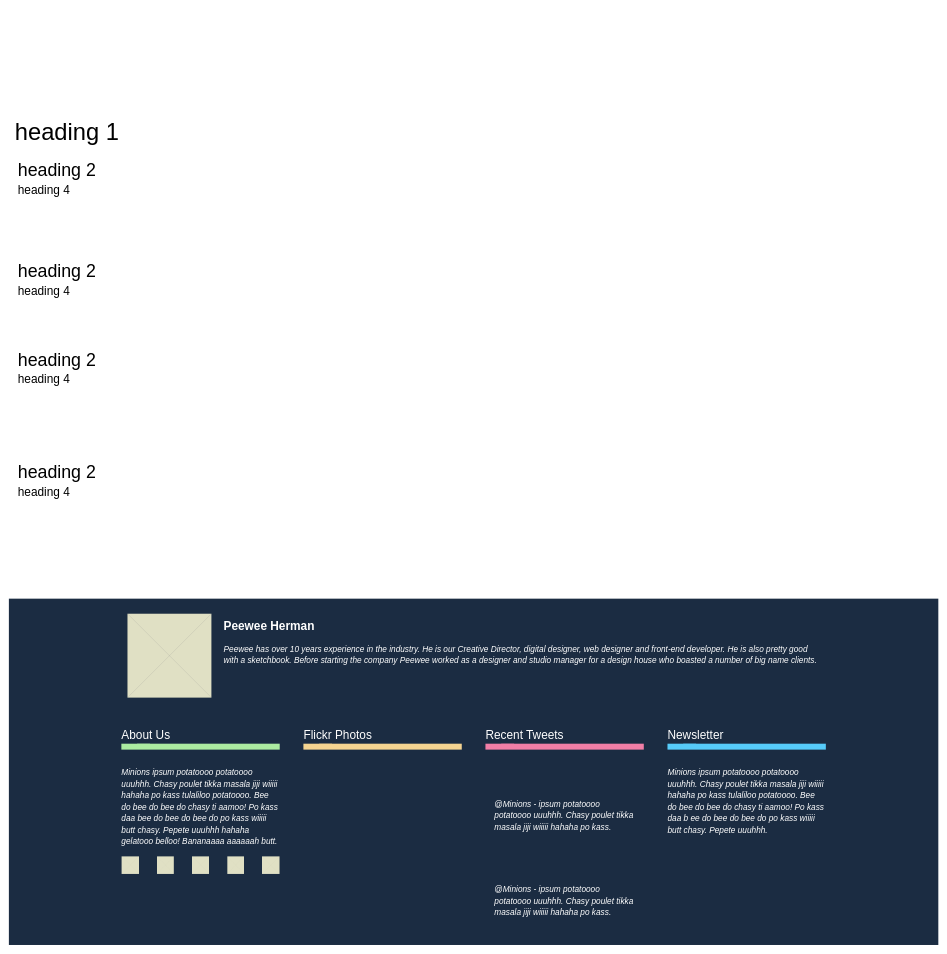
Repository: MonicaNguyenH/LAB-02A-Project1
Page: index.html
These files come from the project's save history. The page is drawn as it stood at one moment and after the next save; the edit follows.
The browser window is 1280 px wide. The pictures show the whole page, at 74% of full size.

Above is the page before, as saved 2024-02-06 20:30:33.

### index.html
<!doctype html>
<html class="no-js" lang="EN">

    <head>
        <meta charset="utf-8">
        <meta name="viewport" content="width=device-width, initial-scale=1">
        <title>Jumi - Tina - Monica  LAB-02A</title>
        <link rel="stylesheet" href="css/style.css">
        <meta name="description" content="">

        <meta property="og:title" content="">
        <meta property="og:type" content="">
        <meta property="og:url" content="">
        <meta property="og:image" content="">

        <link rel="icon" href="/favicon.ico" sizes="any">
        <link rel="icon" href="/icon.svg" type="image/svg+xml">
        <link rel="apple-touch-icon" href="icon.png">

        <link rel="manifest" href="site.webmanifest">
        <meta name="theme-color" content="#fafafa">
    </head>
    <body>
            <div className="row">
                <header class="headerContainer">
                    <div class="navigationBar">
                        <div class="logo"></div>
                        <div class="menuContainer">
                            <div class="menuComponent"></div>
                            <div class="menuComponent"></div>
                            <div class="menuComponent"></div>
                            <div class="menuComponent"></div>
                            <div class="menuComponent"></div>
                    </div>
                    <div class="carouselContainer"></div>
            </header>
            <main class="mainContainer">
                <div class="headingContainer">
                    <h1 class="headingOne">heading 1</h1>
                </div>
                <!--can be called serviceContainer-->
                <div class="infoContainer">
                    <div class="infoTitle">
                        <h2 class="headingTwo">heading 2</h2> <!--section intro heading-->
                        <h4 class="headingFour">heading 4</h4> <!--section intro subheading-->
                    </div>
                    <!--can be called sectionItem-->
                    <div class="infoBox"></div>
                    <div class="infoBox"></div>
                    <div class="infoBox"></div>
                    <div class="infoBox"></div>
                </div>
                <div class="imageContainer">
                    <div class="imageTitle">
                        <h2 class="headingTwo">heading 2</h2>
                        <h4 class="headingFour">heading 4</h4>
                    </div>
                    <div class="imageBox"></div>
                    <div class="imageBox"></div>
                    <div class="imageBox"></div>
                </div>
                <div class="projectContainer">
                    <div class="projectTitle">
                        <h2 class="headingTwo">heading 2</h2>
                        <h4 class="headingFour">heading 4</h4>
                    </div>
                    <div class="projectBox"></div>
                    <div class="projectBox"></div>
                    <div class="projectBox"></div>
                    <div class="projectBox"></div>
                    <div class="projectBox"></div>
                </div>
                <div class="accordionContainer">
                    <div class="accordionTitle">
                        <h2 class="headingTwo">heading 2</h2>
                        <h4 class="headingFour">heading 4</h4>
                    </div>
                    <div class="accordionMenu"></div>
                    <div class="accordionTab"></div>
                </div>
                <div class="sponsorshipContainer ">
                    <div class="sponsor"></div>
                    <div class="sponsor"></div>
                    <div class="sponsor"></div>
                    <div class="sponsor"></div>
                    <div class="sponsor"></div>
                </div>
            </main>
            <footer class="footerContainer">
                <div class="row s-col-1 m-col-2 l-col-4">
                    <div class="col row-span">
                        <div class="grid s-col-2 m-col-2-1 l-col-2-1">
                            <div class="col">
                                <img src="img/placeholder.svg" alt="placeholder image"/>
                            </div>
                            <div class="col">
                                <h5 class="headingFive">Peewee Herman</h5>
                                <p>Peewee has over 10 years experience in the industry. He is our Creative Director, digital designer, web designer and front-end developer. He is also pretty good with a sketchbook. Before starting the company Peewee worked as a designer and studio manager for a design house who boasted a number of big name clients.</p>
                            </div>
                        </div>
                    </div>
                    <div class="footerBox">
                        <h4 class="headingFour s-hide">About Us</h4>
                        <div class="arrow s-hide">
                            <div class="horizontal-line" style="background-color: var(--green);"></div>
                            <div class="down-arrow" style="border-top: solid var(--green)"></div>
                        </div>
                        <p class="s-hide">Minions ipsum potatoooo potatoooo uuuhhh. Chasy poulet tikka masala jiji wiiiii hahaha po kass tulaliloo potatoooo. Bee do bee do bee do chasy ti aamoo! Po kass daa bee do bee do bee do po kass wiiiii butt chasy. Pepete uuuhhh hahaha gelatooo belloo! Bananaaaa aaaaaah butt.</p>
                        <div class="row col-5">
                            <img class="col" src="img/placeholder.svg" alt="placeholder image"/>
                            <img class="col" src="img/placeholder.svg" alt="placeholder image"/>
                            <img class="col" src="img/placeholder.svg" alt="placeholder image"/>
                            <img class="col" src="img/placeholder.svg" alt="placeholder image"/>
                            <img class="col" src="img/placeholder.svg" alt="placeholder image"/>
                        </div>
                    </div>
                    <div class="footerBox">
                        <h4 class="headingFour">Flickr Photos</h4>
                        <div class="arrow">
                            <div class="horizontal-line" style="background-color: var(--yellow);"></div>
                            <div class="down-arrow" style="border-top: solid var(--yellow)"></div>
                        </div>
                        <div>
                            <div></div>
                            <div></div>
                            <div></div>
                            <div></div>
                            <div></div>
                            <div></div>
                        </div>
                    </div>
                    <div class="footerBox">
                        <h4 class="headingFour">Recent Tweets</h4>
                        <div class="arrow">
                            <div class="horizontal-line" style="background-color: var(--pink);"></div>
                            <div class="down-arrow" style="border-top: solid var(--pink)"></div>
                        </div>
                        <div>
                            <div>
                                <div>
                                    <img src="" alt=""/>
                                </div>
                                <div>
                                    <p><span>@Minions</span> - ipsum potatoooo potatoooo uuuhhh. Chasy poulet tikka masala jiji wiiiii hahaha po kass. </p>
                                </div>
                            </div>
                            <div>
                                <div>
                                    <img src="" alt=""/>
                                </div>
                                <div>
                                    <p><span>@Minions</span> - ipsum potatoooo potatoooo uuuhhh. Chasy poulet tikka masala jiji wiiiii hahaha po kass. </p>
                                </div>
                            </div>
                        </div>
                    </div>
                    <div class="footerBox">
                        <h4 class="headingFour">Newsletter</h4>
                        <div class="arrow">
                            <div class="horizontal-line" style="background-color: var(--blue);"></div>
                            <div class="down-arrow" style="border-top: solid var(--blue)"></div>
                        </div>
                        <p>Minions ipsum potatoooo potatoooo uuuhhh. Chasy poulet tikka masala jiji wiiiii hahaha po kass tulaliloo potatoooo. Bee do bee do bee do chasy ti aamoo! Po kass daa b ee do bee do bee do po kass wiiiii butt chasy. Pepete uuuhhh. </p>
                        <img src="" alt=""/>
                    </div>
                </div>
            </footer>
        </div>
    </body>


</html>

<!--
    - BEM
    - use instead of articleContainer - article
    - aricleItem
    - carouselSlide
    - never number stuff
    - naming convention is to reuse them as much as possible
    - dry - dont repeat yourself
    - avoid using straight width - height

-->

### css/style.css
:root {
    font-size: 16px;
    line-height: 1.4;
    color: var(--black);
    font-family: Helvetica, sans-serif;

    --dark-blue: #1B2C42;
    --white: #fff;
    --black: black;
    --blue: #56CBF9;
    --green: #ACECA1;
    --yellow: #F5D491;
    --pink: #F17EA6;
 }

audio,
canvas,
iframe,
img,
svg,
video {
    vertical-align: middle;
}

fieldset {
    border: 0;
    margin: 0;
    padding: 0;
}

textarea {
    resize: vertical;
}

img {
    width: 100%;
}

h1,
h2,
h3,
h4,
h5,
h6 {
    font-family: Arial, Helvetica, sans-serif;
    font-weight: 300;
    margin: 0;
}

p {
    font-family: Arial, Helvetica, sans-serif;
    font-size: 0.7rem;
    font-style: italic;
}

h5 {
    font-size: 1em;
    padding-top: 1vh;
    font-weight: bold;
}

div,
main,
section,
footer,
header {
    min-height: 0.5rem;
    padding: 0.25rem;
}

/**core layout**/
.row {
    display: grid;
    row-gap: 1rem;
    margin: auto;
}

.col {
    position: relative;
}

.col .rol-5 {
    padding: 0;
}

/********************STYLING********************/
.footerContainer {
    background-color: var(--dark-blue);
    color: var(--white);
}

.row-span {
    grid-column-start: 1;
    grid-column-end: -1;
}


.grid {
    display: grid;
    column-gap: 0.5rem;
    row-gap: 0.5rem;
}

.col-5 {
    grid-template-columns: repeat(5, 1fr);
    padding: 0;
}


/*********************Small only*********************/
@media screen and (max-width: 39.9375em) {
    .row {
        margin: auto;
        max-width: 60rem;
        column-gap: 1.5rem;
        row-gap: 1.5rem;
    }

    .s-col-1 {
        grid-template-columns: 1fr;
    }

    .s-col-2 {
        grid-template-columns: 1fr 1fr;
    }

    .col-2 {
        grid-template-columns: 1fr 1fr;
    }

    .s-hide {
        display: none;
    }

}


/********************** Medium and up **********************/
@media screen and (min-width: 40em) {
    .row {
        margin: auto;
        max-width: 40rem;
        column-gap: 1.5rem;
        row-gap: 1.5rem;
    }

    .m-col-2 {
        grid-template-columns: 1fr 1fr;
    }

    .m-col-2-1 {
        grid-template-columns: 0.2fr 1fr;
    }



}


/********************** Medium only **********************/
@media screen and (min-width: 40em) and
(max-width: 63.9375em) {

}


/********************** Large and up **********************/
@media screen and (min-width: 64em) {
    .row{
        margin: auto;
        max-width: 60rem;
        column-gap: 1.5rem;
        row-gap: 1.5rem;
    }

    .l-col-4 {
        grid-template-columns: repeat(4, 1fr);
    }

    .l-col-2-1 {
        grid-template-columns: 0.15fr 1fr;
    }


}


/********************** Large only **********************/
@media screen and (min-width: 64em) and
(max-width: 74.9375em) {
}

/********************** ARROW **********************/
.down-arrow {
    position: absolute;
    top: 0%; /* Position at 1/3 of the height of the line */
    left: calc(1/10 * 100%);
    width: 0;
    height: 0;
    border-left: 5px solid transparent;
    border-right: 5px solid transparent;
    border-top: 8.66px solid;
}

.horizontal-line {
    width: 100%;
    height: 1px;
    padding: 0;
}

.arrow {
    position: relative;
    height: 20px;
    padding: 0;
    min-height: 0;
}

/********************** FOOTER **********************/






/*
p {
        font-size: 0.6em;
        font-style: italic;
    }




p {
        font-size: 0.2em;
        font-style: italic;
    }



p {
    font-size: 0.7em;
    font-style: italic;
}


/*

After the next save:
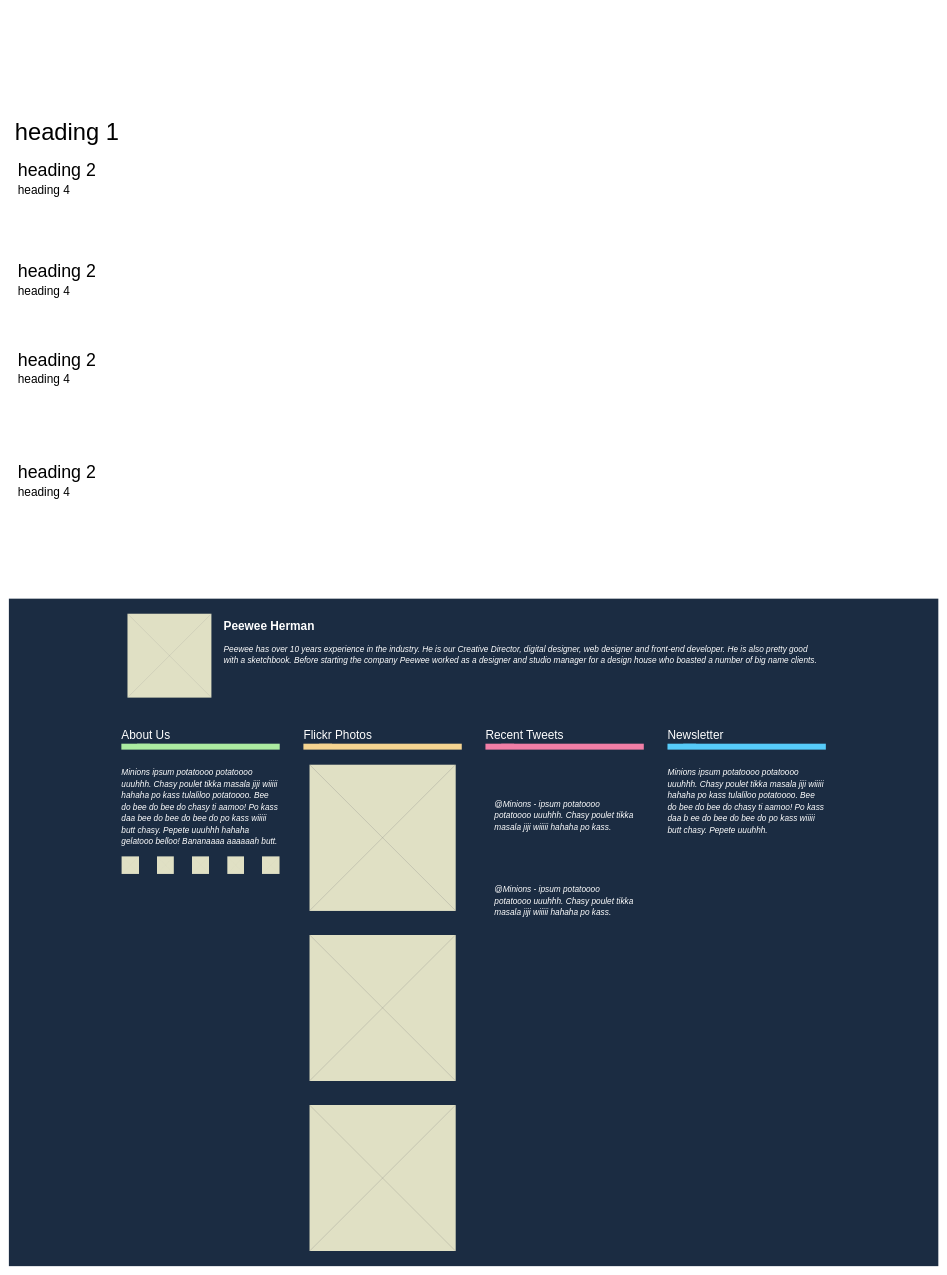
Saved 2 min 4 s later.
--- a/index.html
+++ b/index.html
@@ -120,13 +120,16 @@
                             <div class="horizontal-line" style="background-color: var(--yellow);"></div>
                             <div class="down-arrow" style="border-top: solid var(--yellow)"></div>
                         </div>
-                        <div>
-                            <div></div>
-                            <div></div>
-                            <div></div>
-                            <div></div>
-                            <div></div>
-                            <div></div>
+                        <div class="row col-3">
+                            <div class="col">
+                                <img src="img/placeholder.svg" alt="placeholder image">
+                            </div>
+                            <div class="col">
+                                <img src="img/placeholder.svg" alt="placeholder image">
+                            </div>
+                            <div class="col">
+                                <img src="img/placeholder.svg" alt="placeholder image">
+                            </div>
                         </div>
                     </div>
                     <div class="footerBox">
